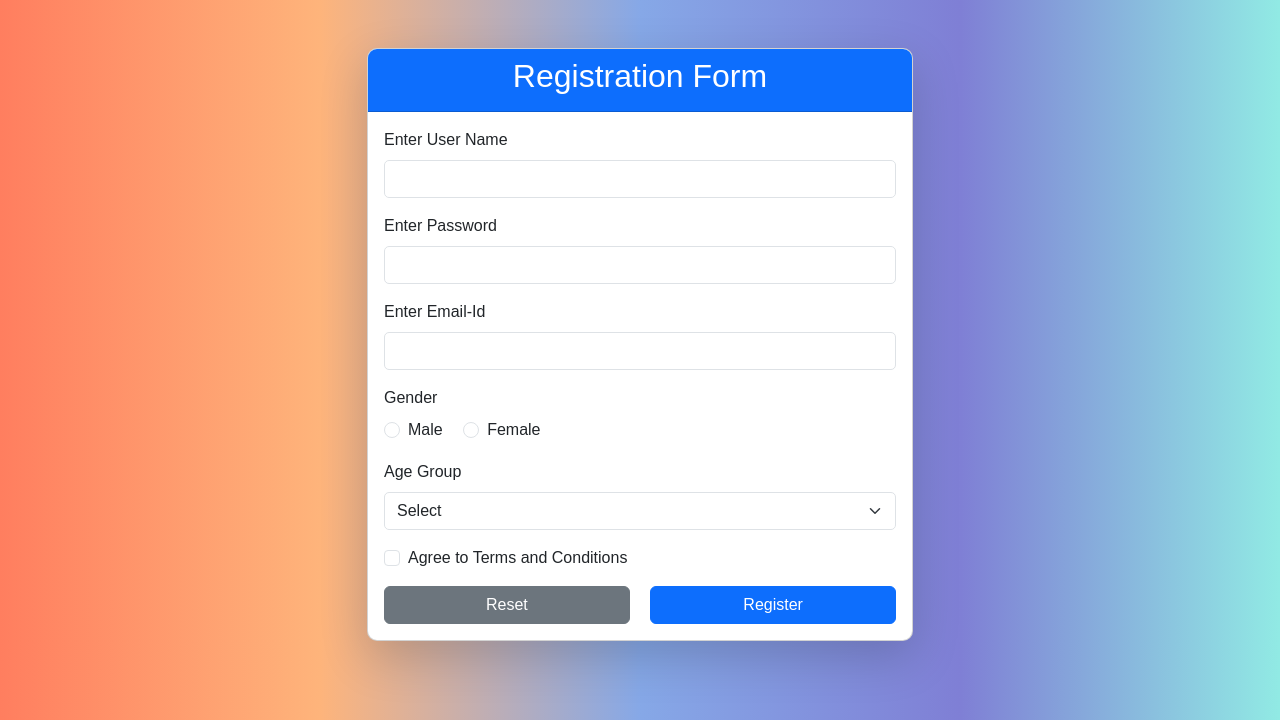
Repository: Prasad-R-Patil/WebBaseJava
Page: http://localhost/MyApp/
These files come from the project's save history. The page is drawn as it stood at one moment and after the next save; the edit follows.
The browser window is 1280 px wide. The pictures show the whole page.
The page is served by Tomcat 9.

Above is the page before, as saved 2025-05-14 10:40:11.

### MyApp/src/main/webapp/index.html
<!DOCTYPE html>
<html lang="en">
<head>
    <meta charset="UTF-8">
    <meta name="viewport" content="width=device-width, initial-scale=1">
    <title>Registration Form</title>

    <!-- Bootstrap CSS -->
    <link href="https://cdn.jsdelivr.net/npm/bootstrap@5.3.0/dist/css/bootstrap.min.css" rel="stylesheet">

    <!-- Custom CSS -->
    <link rel="stylesheet" href="style.css">

    <!-- JavaScript -->
    <script src="App.js" defer></script>
</head>
<body class="bg-light">

    <div class="container mt-5">
        <div class="row justify-content-center">
            <div class="col-md-6">
                <div class="card shadow-lg">
                    <div class="card-header bg-primary text-white text-center">
                        <h2>Registration Form</h2>
                    </div>
                    <div class="card-body">
                        <form action="welcome.html" method="get" onsubmit="return Validation();" name="regForm">

                            <!-- Username -->
                            <div class="mb-3">
                                <label class="form-label">Enter User Name</label>
                                <input type="text" name="textUsername" class="form-control" required>
                            </div>

                            <!-- Password -->
                            <div class="mb-3">
                                <label class="form-label">Enter Password</label>
                                <input type="password" name="textPassword" class="form-control" required>
                            </div>

                            <!-- Email -->
                            <div class="mb-3">
                                <label class="form-label">Enter Email-Id</label>
                                <input type="email" name="textEmail" class="form-control" required>
                            </div>

                            <!-- Gender -->
                            <div class="mb-3">
                                <label class="form-label">Gender</label><br>
                                <div class="form-check form-check-inline">
                                    <input type="radio" name="gender" value="male" class="form-check-input">
                                    <label class="form-check-label">Male</label>
                                </div>
                                <div class="form-check form-check-inline">
                                    <input type="radio" name="gender" value="female" class="form-check-input">
                                    <label class="form-check-label">Female</label>
                                </div>
                            </div>

                            <!-- Age Group -->
                            <div class="mb-3">
                                <label class="form-label">Age Group</label>
                                <select name="age" class="form-select">
                                    <option value="select" selected>Select</option>
                                    <option value="1-20">1-20</option>
                                    <option value="21-25">21-25</option>
                                    <option value="26-30">26-30</option>
                                    <option value="31-35">31-35</option>
                                    <option value="36-40">36-40</option>
                                    <option value="41-45">41-45</option>
                                    <option value="46-50">46-50</option>
                                </select>
                            </div>

                            <!-- Terms & Conditions -->
                            <div class="mb-3 form-check">
                                <input type="checkbox" name="term" class="form-check-input">
                                <label class="form-check-label">Agree to Terms and Conditions</label>
                            </div>

                            <!-- Buttons -->
                            <div class="d-flex justify-content-between">
                                <button type="reset" class="btn btn-secondary">Reset</button>
                                <button type="submit" class="btn btn-primary">Register</button>
                            </div>

                        </form>
                    </div>
                </div>
            </div>
        </div>
    </div>

    <!-- Bootstrap JS -->
    <script src="https://cdn.jsdelivr.net/npm/bootstrap@5.3.0/dist/js/bootstrap.bundle.min.js"></script>
</body>
</html>

### MyApp/src/main/webapp/Resource/style.css
@charset "ISO-8859-1";

/* General Styles */
body {
    font-family: 'Arial', sans-serif;
    background: linear-gradient(to right, #ff7e5f, #feb47b, #86a8e7, #7f7fd5, #91eae4);
}

/* Card Styling */
.card {
    border-radius: 10px;
    overflow: hidden;
}

/* Header Styling */
.card-header {
    font-size: 24px;
    font-weight: bold;
}

/* Form Inputs */
.form-control, .form-select {
    border-radius: 5px;
}

/* Buttons */
.btn {
    width: 48%;
}

/* Checkbox Styling */
.form-check-label {
    font-weight: 500;
}

/* Responsive Design */
@media (max-width: 576px) {
    .btn {
        width: 100%;
    }
}

### MyApp/src/main/webapp/Resource/App.js

function Validation()
{

	if(document.regForm.textUsername.value=="")
	{
		alert("Please Enter UserName");
		return false;
	}

	var password = document.regForm.textPassword.value;
    var regex = /^(?=.*[A-Za-z])(?=.*\d)[A-Za-z\d]{8,}$/;

	if (!regex.test(password))
	{
	    alert("Password must be at least 8 characters long and contain at least one letter and one number.");
	    return false;
	}

	var email = document.regForm.textEmail.value;
	var emailRegex = /^[a-zA-Z0-9._%+-]+@[a-zA-Z0-9.-]+\.[a-zA-Z]{2,}$/;

	if (!emailRegex.test(email))
	{
	    alert("Please enter a valid email address.");
	    return false;
	}

	if((document.regForm.gender[0].checked==false) && (document.regForm.gender[1].checked==false))
	{
		alert("Please Select The Gender");
		return false;
	}

	if(document.regForm.age.selectedIndex==0)
	{
		alert("Please Select Age Group");
		return false;
	}

	if(document.regForm.term.checked==false)
	{
		alert("Accept Terms and Condition...");
		return false;
	}

}

After the next save:
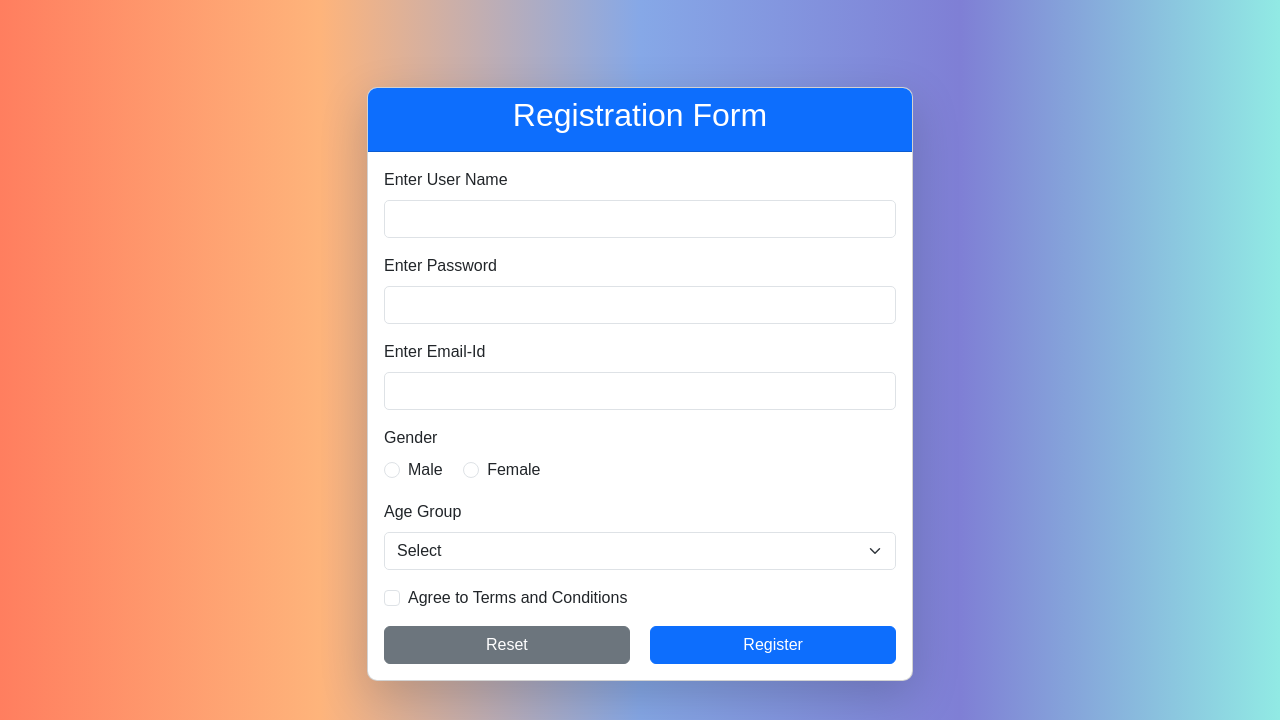
Saved 49 s later.
--- a/MyApp/src/main/webapp/Resource/style.css
+++ b/MyApp/src/main/webapp/Resource/style.css
@@ -3,8 +3,16 @@
 /* General Styles */
 body {
     font-family: 'Arial', sans-serif;
+    height: 100vh;
+    margin: 0;
+    display: flex;
+    align-items: center;
+    justify-content: center;
     background: linear-gradient(to right, #ff7e5f, #feb47b, #86a8e7, #7f7fd5, #91eae4);
+    background-attachment: fixed;
+    background-size: cover;
 }
+
 
 /* Card Styling */
 .card {
